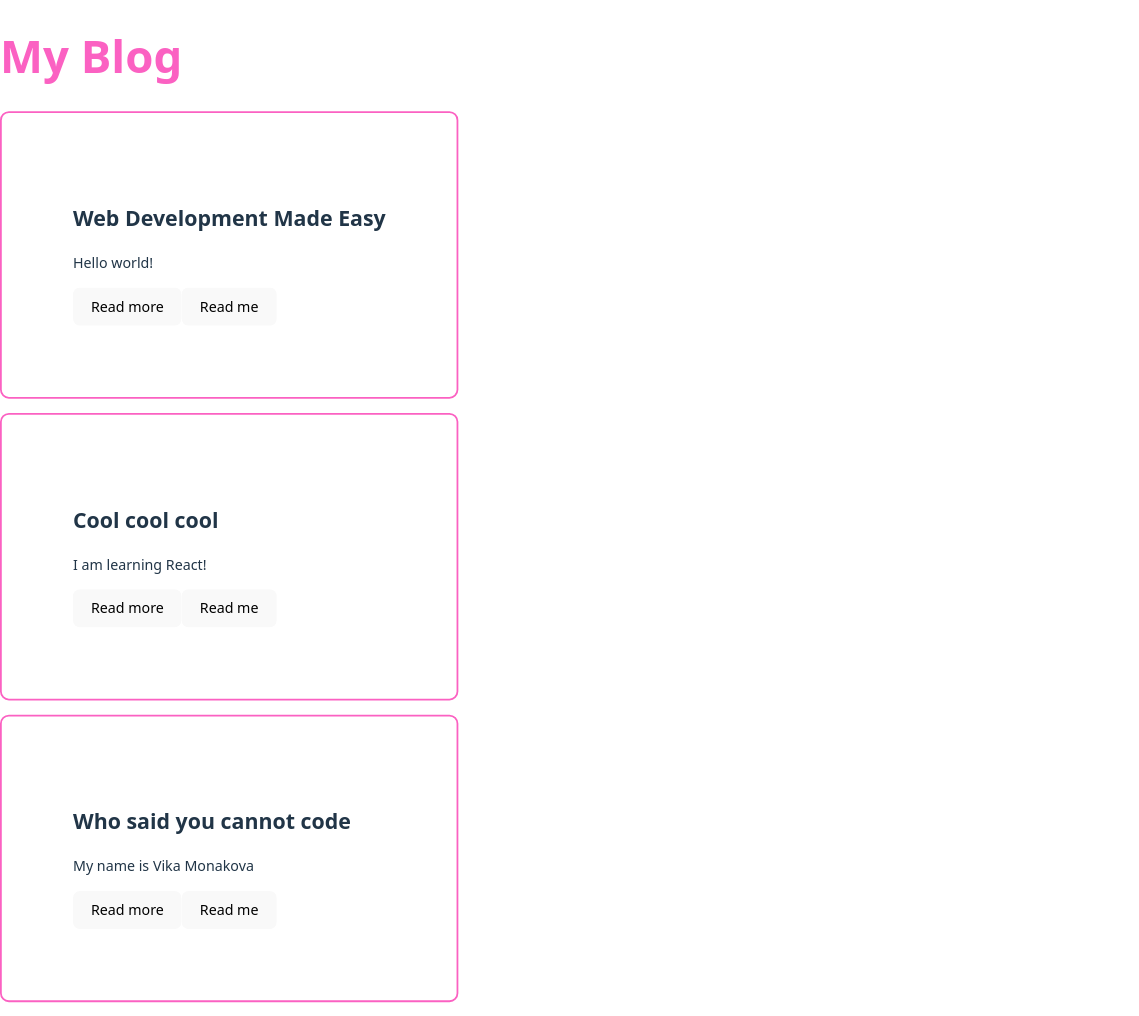
Repository: monavi77/front_web_dev_week1
Page: /
These files come from the project's save history. The page is drawn as it stood at one moment and after the next save; the edit follows.
The browser window is 1280 px wide. The pictures show the whole page, at 89% of full size.
The project was rebuilt for these pictures with package versions that can differ from the ones it lists, and the page was loaded fresh each time. Also part of the build but not shown: vite.config.js.

Above is the page before, as saved 2025-09-10 14:04:53.

### index.html
<!DOCTYPE html>
<html lang="en">
  <head>
    <meta charset="UTF-8" />
    <link rel="icon" type="image/svg+xml" href="/clay_logo.svg" />
    <meta name="viewport" content="width=device-width, initial-scale=1.0" />
    <title>monakovochka 🔫</title>
  </head>
  <body>
    <div id="root"></div>
    <script type="module" src="/src/main.jsx"></script>
  </body>
</html>

### src/index.css
:root {
  font-family: system-ui, Avenir, Helvetica, Arial, sans-serif;
  line-height: 1.5;
  font-weight: 400;

  color-scheme: light dark;
  color: rgba(255, 255, 255, 0.87);
  background-color: #242424;

  font-synthesis: none;
  text-rendering: optimizeLegibility;
  -webkit-font-smoothing: antialiased;
  -moz-osx-font-smoothing: grayscale;
}

a {
  font-weight: 500;
  color: #646cff;
  text-decoration: inherit;
}
a:hover {
  color: #535bf2;
}

body {
  margin: 0;
  display: flex;
  place-items: center;
  min-width: 320px;
  min-height: 100vh;
}

h1 {
  font-size: 3.2em;
  line-height: 1.1;
}

button {
  border-radius: 8px;
  border: 1px solid transparent;
  padding: 0.6em 1.2em;
  font-size: 1em;
  font-weight: 500;
  font-family: inherit;
  background-color: #1a1a1a;
  cursor: pointer;
  transition: border-color 0.25s;
}
button:hover {
  border-color: #646cff;
}
button:focus,
button:focus-visible {
  outline: 4px auto -webkit-focus-ring-color;
}

@media (prefers-color-scheme: light) {
  :root {
    color: #213547;
    background-color: #ffffff;
  }
  a:hover {
    color: #747bff;
  }
  button {
    background-color: #f9f9f9;
  }
}

h1 {
  font-size: 3.2em;
  line-height: 1.1;
  color: #fb61c2;
}
.entry {
  border: 2px solid #fb61c2;
  border-radius: 10px;
  padding: 5em;
  margin: 1em auto;
  max-width: 600px;
  text-align: left;
}

### src/App.jsx
import BlogEntry from "./BlogEntry";

function App() {
  return (
    <div>
      <h1>My Blog </h1>
      <BlogEntry title="Web Development Made Easy" summary="Hello world!" />
      <BlogEntry title="Cool cool cool" summary="I am learning React!" />
      <BlogEntry
        title="Who said you cannot code"
        summary="My name is Vika Monakova"
      />
    </div>
  );
}

export default App;

### src/BlogEntry.jsx
function BlogEntry(props) {
  const buttonText = "Read me";
  return (
    <div className="entry">
      <h2>{props.title}</h2>
      <p>{props.summary}</p>
      <button>Read more</button>
      <button>{buttonText}</button>
    </div>
  );
}

export default BlogEntry;

Loaded but not shown: src/main.jsx (common file)

After the next save:
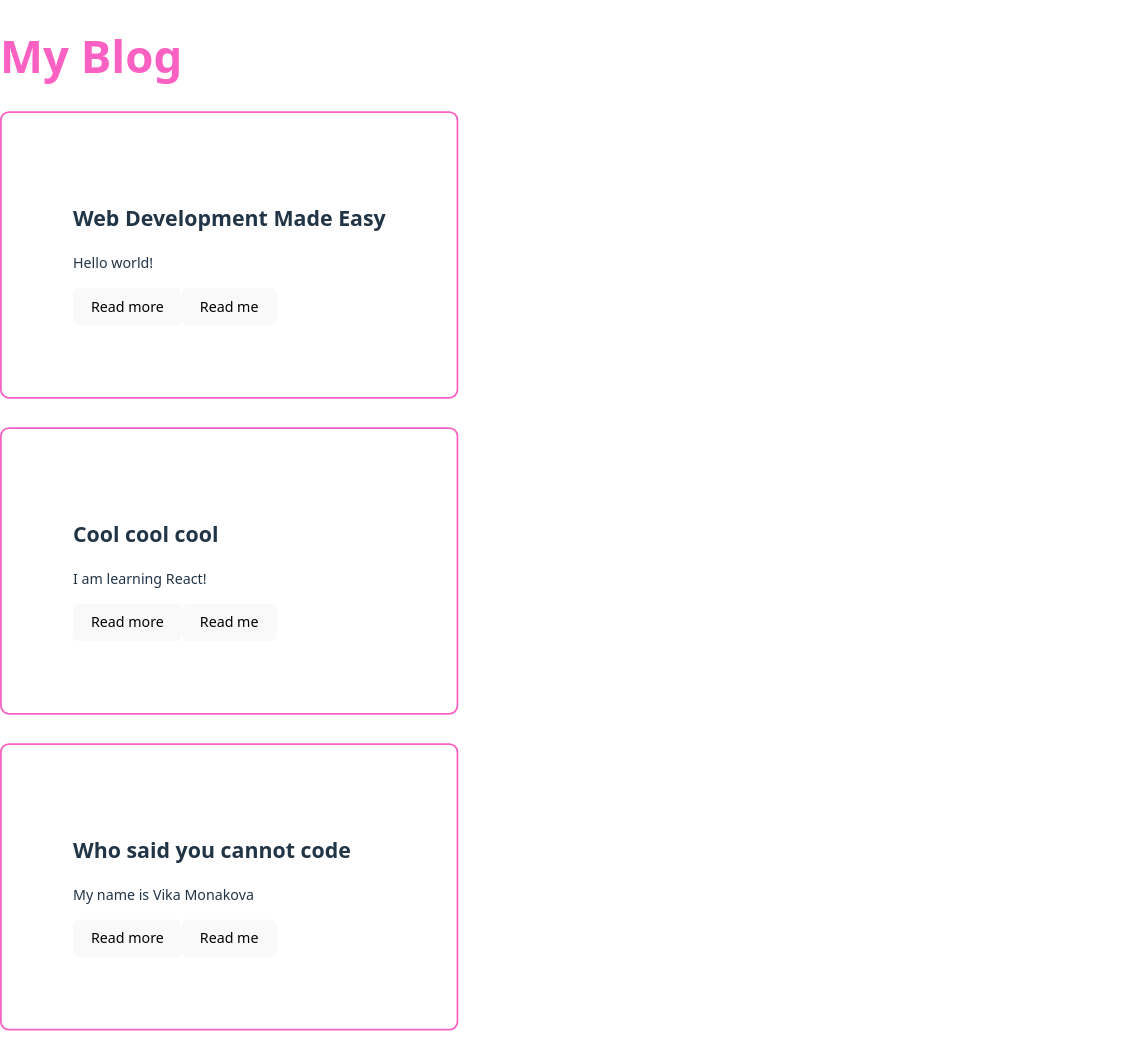
Saved 8 s later.
--- a/src/index.css
+++ b/src/index.css
@@ -76,7 +76,7 @@ h1 {
   border: 2px solid #fb61c2;
   border-radius: 10px;
   padding: 5em;
-  margin: 1em auto;
+  margin: 2em auto;
   max-width: 600px;
   text-align: left;
 }
